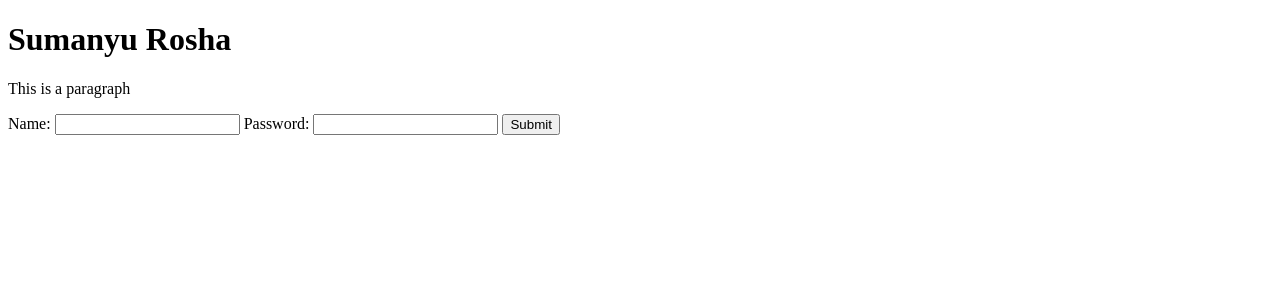
Repository: sumanyurosha/EclipseWorkspace
Page: http://localhost/FirstWebProject/
The author's editor kept a copy of each file at every save. The page is drawn from the files as they stood at one save, then again after the next save.
The browser window is 1280 px wide. The pictures show the whole page.
The page is served by Tomcat 9. Other server files are loaded and not shown.

Above is the page before, as saved 2018-07-13 06:38:09.

### FirstWebProject/WebContent/index.jsp
<%@ page language="java" contentType="text/html; charset=UTF-8"
    pageEncoding="UTF-8"%>
<!DOCTYPE html PUBLIC "-//W3C//DTD HTML 4.01 Transitional//EN" "http://www.w3.org/TR/html4/loose.dtd">
<html>
<head>
<meta http-equiv="Content-Type" content="text/html; charset=UTF-8">
<title>Fidelity International</title>
</head>
<body>
<h1>Sumanyu Rosha</h1>
<p>This is a paragraph</p>
<form method="post" action="LoginServlet">
Name: <input type="text" name="username">
Password: <input type="password" name="password">
<input type="submit" name="submit">
</form>
</body>
</html>

After the next save:
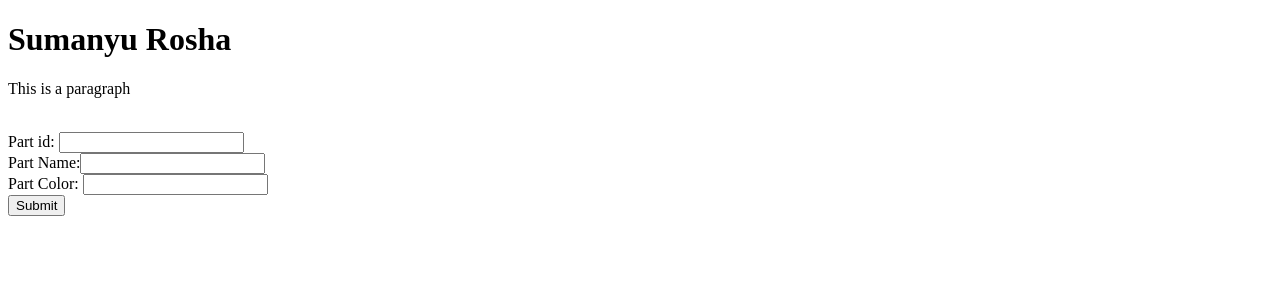
Saved 17 min 30 s later.
--- a/FirstWebProject/WebContent/index.jsp
+++ b/FirstWebProject/WebContent/index.jsp
@@ -8,11 +8,14 @@
 </head>
 <body>
 <h1>Sumanyu Rosha</h1>
-<p>This is a paragraph</p>
+<p>This is a paragraph</p><br>
 <form method="post" action="LoginServlet">
-Name: <input type="text" name="username">
-Password: <input type="password" name="password">
-<input type="submit" name="submit">
+<!--Name: <input type="text" name="username"><br>
+Password: <input type="password" name="password"><br>-->
+Part id: <input type="text" name="pid"><br>
+Part Name:<input type="text" name="pname"><br>
+Part Color: <input type="text" name="color"><br>
+<input type="submit" name="submit"><br>
 </form>
 </body>
 </html>
